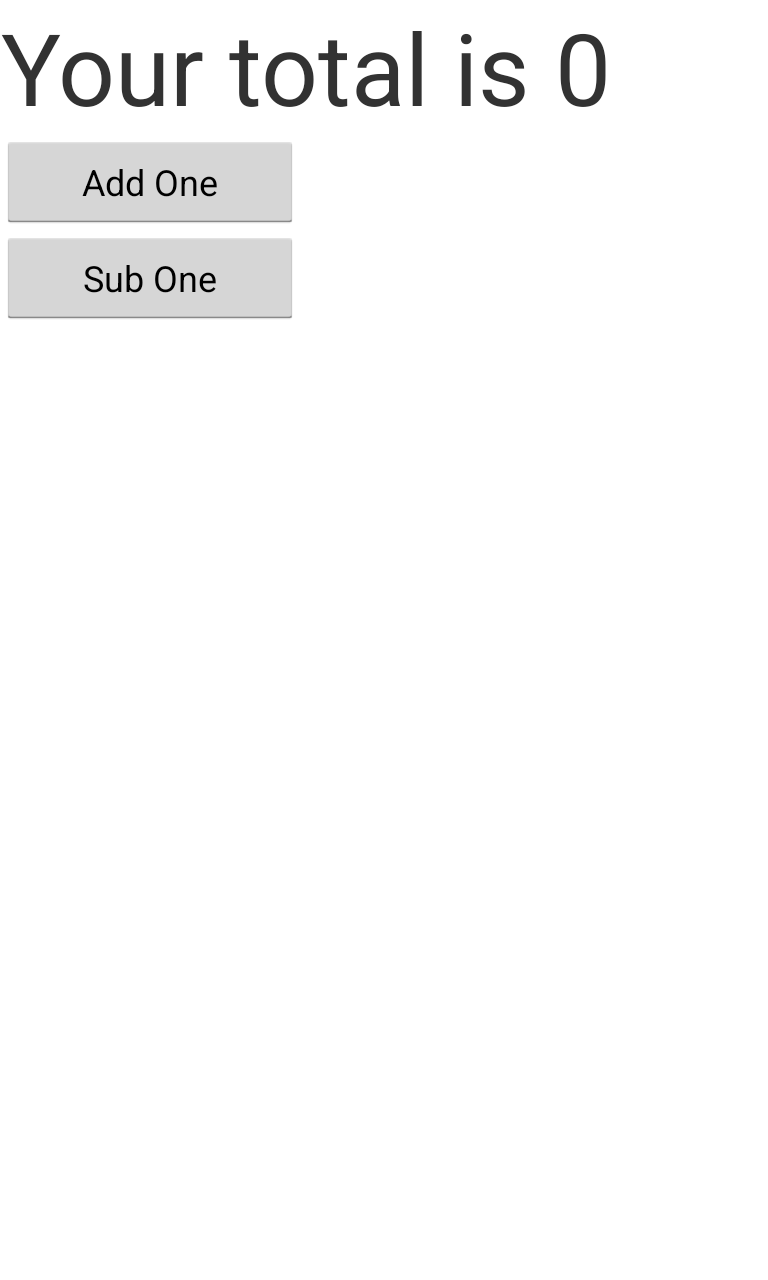
Repository: eshan22/android
Layout: projectone/res/layout/activity_start.xml
An editor plug-in stored every save of this project. The layout is shown before and after the next save, followed by the edit.
It is drawn on a 768 x 1280 px phone screen (xhdpi) without system bars, with theme AppTheme; the app's code is not run.

Above is the layout before, as saved 2013-06-18 13:12:52.

### projectone/res/layout/activity_start.xml
<LinearLayout
    android:layout_width="fill_parent"
    android:layout_height="fill_parent"
  android:orientation="vertical"
   android:layout_gravity="center_horizontal"
    xmlns:android="http://schemas.android.com/apk/res/android">


    <TextView
        android:layout_width="wrap_content"
        android:layout_height="wrap_content"
        android:text="Your total is 0"
        android:textSize="50dp"
        android:gravity="center"
        />

    <Button
        android:text="Add One"
        android:layout_width="150dp"
        android:layout_height="wrap_content"
        android:id="@+id/add"

        android:gravity="center"
 />
    <Button
        android:text="Sub One"
        android:layout_width="150dp"
        android:layout_height="wrap_content"
        android:id="@+id/sub"

        android:gravity="center"
 />



</LinearLayout>

Loaded but not shown: projectone/res/values/styles.xml (common file); projectone/res/values-v11/styles.xml (common file); projectone/res/values-v14/styles.xml (common file)

After the next save:
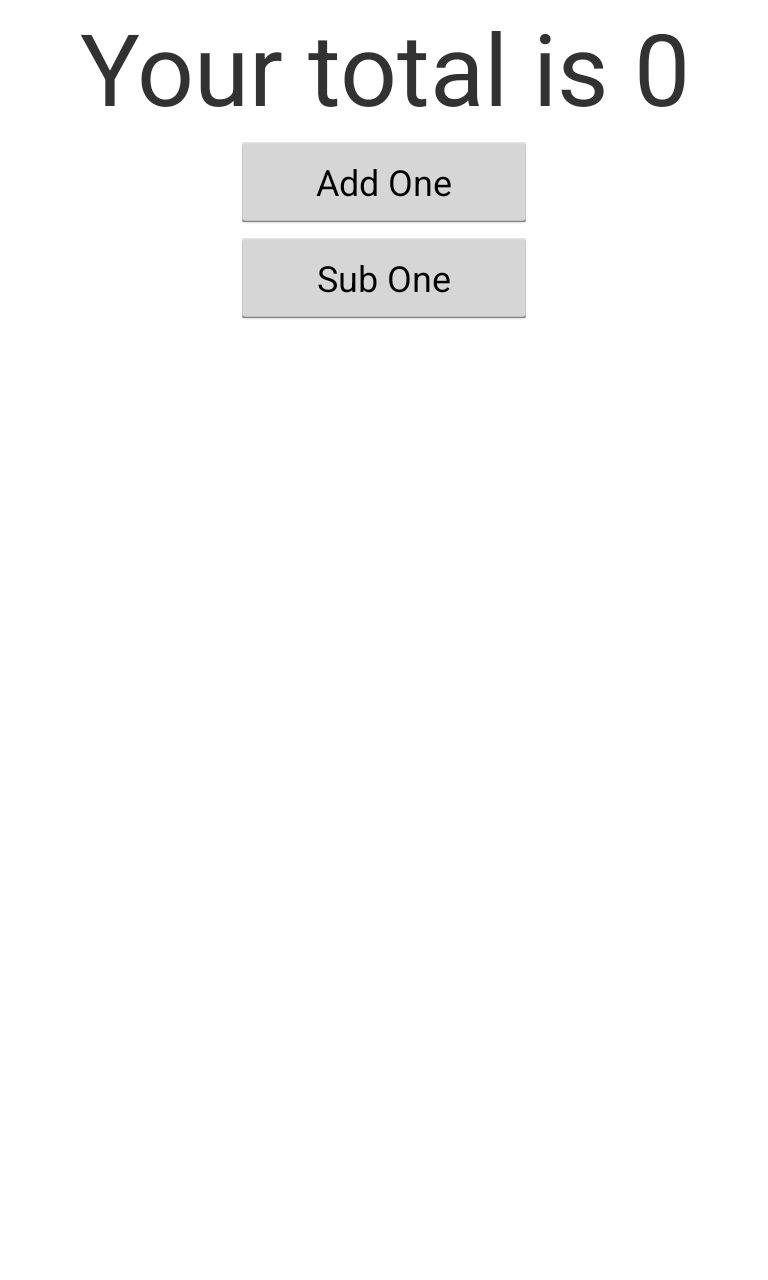
Saved 29 s later.
--- a/projectone/res/layout/activity_start.xml
+++ b/projectone/res/layout/activity_start.xml
@@ -2,7 +2,7 @@
     android:layout_width="fill_parent"
     android:layout_height="fill_parent"
   android:orientation="vertical"
-   android:layout_gravity="center_horizontal"
+android:gravity="center_horizontal"
     xmlns:android="http://schemas.android.com/apk/res/android">
 
 
